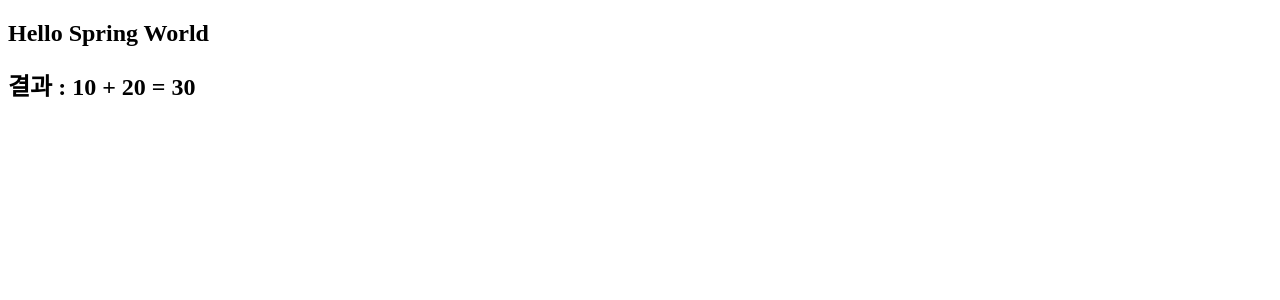
Repository: wjsjsn/23_springstudy
Page: http://localhost/Spring_DI/
The author's editor kept a copy of each file at every save. The page is drawn from the files as they stood at one save, then again after the next save.
The browser window is 1280 px wide. The pictures show the whole page.
The page is served by Tomcat 9. Other server files are loaded and not shown.

Above is the page before, as saved 2023-07-25 08:21:57.

### Spring_DI/src/main/webapp/index.jsp
<%@page import="ex07_web_DI.MyCalc"%>
<%@page import="org.springframework.web.context.support.WebApplicationContextUtils"%>
<%@page import="org.springframework.web.context.WebApplicationContext"%>
<%@page import="ex06_web_DI.HelloImpl"%>
<%@page
	import="org.springframework.context.support.GenericXmlApplicationContext"%>
<%@page import="org.springframework.context.ApplicationContext"%>
<%@ page language="java" contentType="text/html; charset=UTF-8"
	pageEncoding="UTF-8"%>
<!DOCTYPE html>
<html>
<head>
<meta charset="UTF-8">
<title>Insert title here</title>
</head>
<body>
	<%--
	// 자바 main에서 사용한 내용 그대로 코딩
	ApplicationContext context =
		new GenericXmlApplicationContext("ex06_web_DI/config.xml");

	HelloImpl hello = (HelloImpl)context.getBean("hello");
	String msg = hello.sayHello();
	out.println("<h2>" + msg + "</h2>");
	--%>

	<%
	// config.xml => 환경설정 파일 => web에서는 /WEB-INF/spring/root-context.xml
	// => application으로 정해져있음

	WebApplicationContext context =
		WebApplicationContextUtils.getWebApplicationContext(application);

	HelloImpl hello = (HelloImpl)context.getBean("hello");
	String msg = hello.sayHello();
	out.println("<h2>" + msg + "</h2>");

	MyCalc mc = (MyCalc)context.getBean("mycalc");
	int result = mc.plus(10, 20);
	out.println("<h2> 결과 : 10 + 20 = " + result + "</h2>");
	%>
</body>
</html>

After the next save:
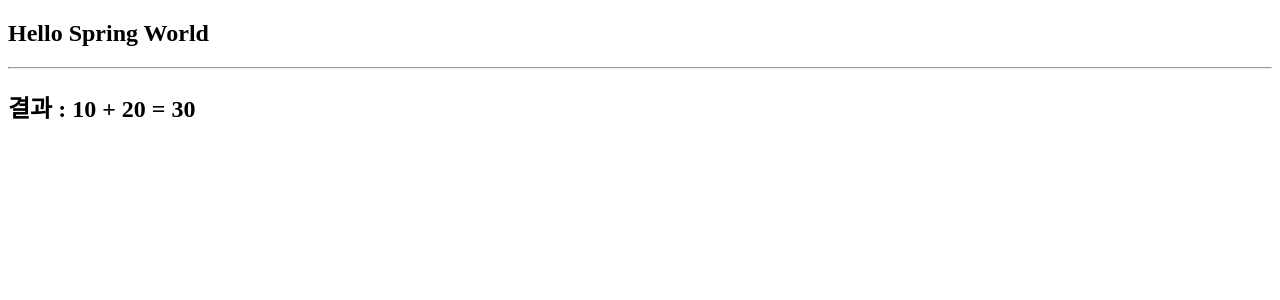
Saved 21 s later.
--- a/Spring_DI/src/main/webapp/index.jsp
+++ b/Spring_DI/src/main/webapp/index.jsp
@@ -33,7 +33,7 @@
 
 	HelloImpl hello = (HelloImpl)context.getBean("hello");
 	String msg = hello.sayHello();
-	out.println("<h2>" + msg + "</h2>");
+	out.println("<h2>" + msg + "</h2><hr>");
 
 	MyCalc mc = (MyCalc)context.getBean("mycalc");
 	int result = mc.plus(10, 20);
